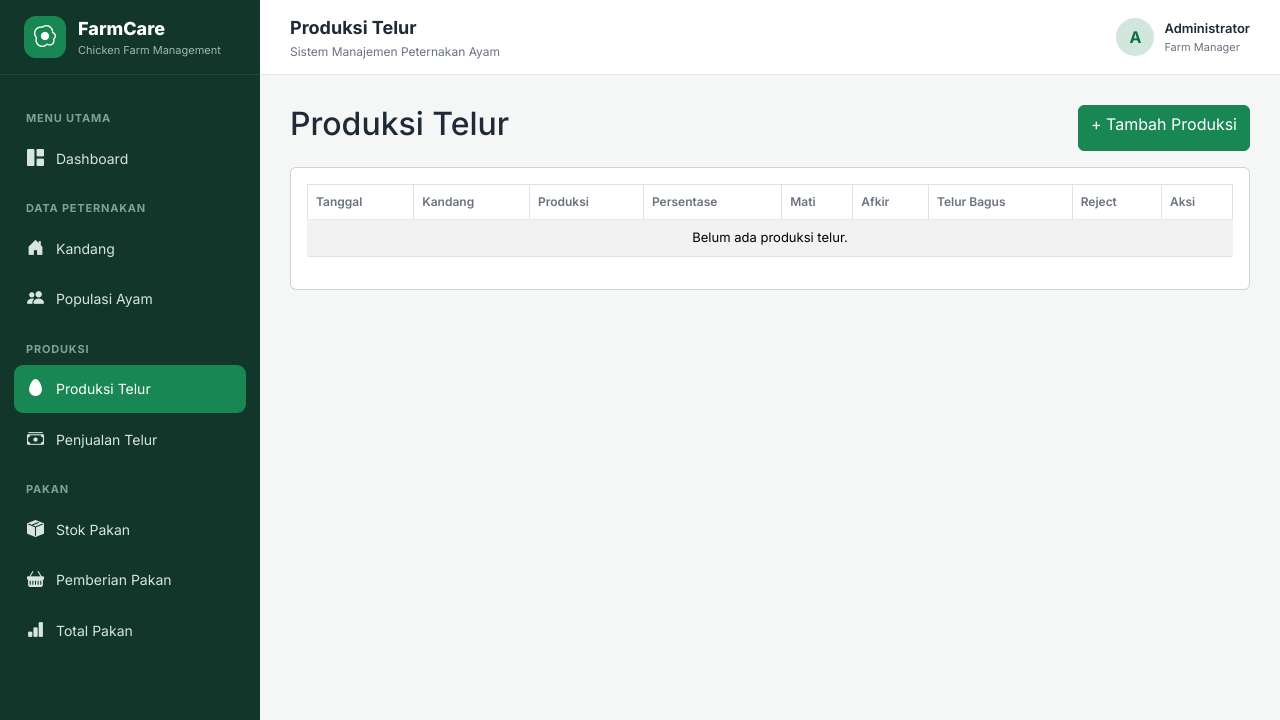
Repository: syafira-nur25/bukanayampart1
Page: http://localhost/produksi-telur
These files come from the project's save history. The page is drawn as it stood at one moment and after the next save; the edit follows.
The browser window is 1280 px wide. The pictures show the whole page.
The page is served by the project's Laravel application, run on PHP 8.4 with Laravel 12. A made-up administrator, Test User (test@example.com), is signed in. Queries for data that is not in the repository find no rows.

Above is the page before, as saved 2026-08-13 09:36:22.

After the next save:
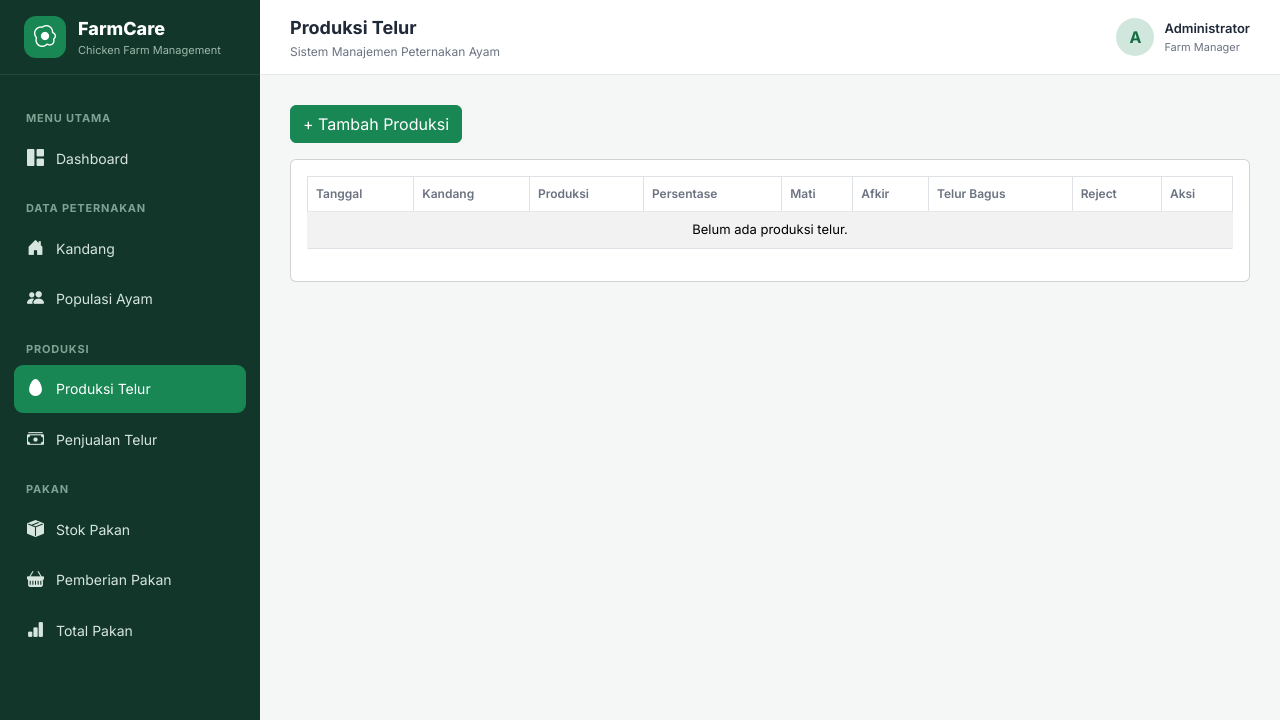
Saved 5 min 58 s later.
--- a/resources/views/produksi_telur/index.blade.php
+++ b/resources/views/produksi_telur/index.blade.php
@@ -5,8 +5,6 @@
 @section('content')
 
 <div class="d-flex justify-content-between mb-3">
-
-    <h2>Produksi Telur</h2>
 
     <a
         href="{{ route('produksi-telur.create') }}"
